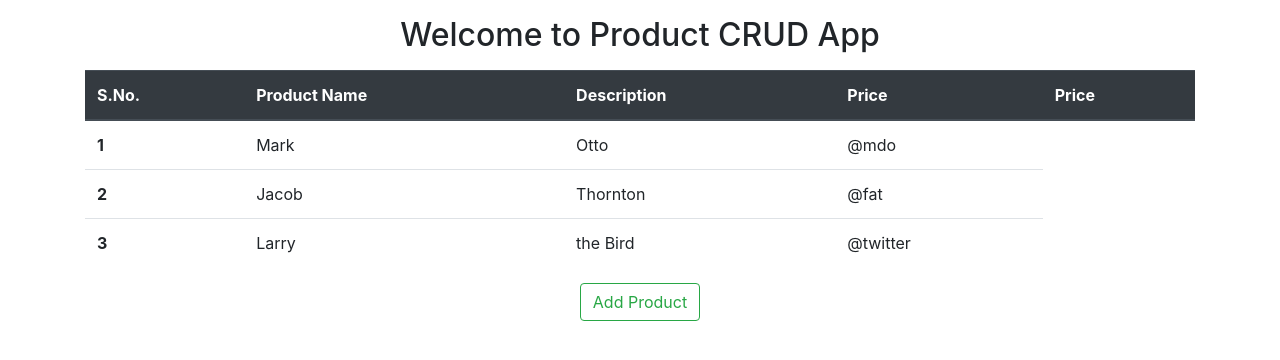
Repository: saroj789/Spring-Practice
Page: http://localhost/productcrudapp/WEB-INF/views/home.jsp
These files come from the project's save history. The page is drawn as it stood at one moment and after the next save; the edit follows.
The browser window is 1280 px wide. The pictures show the whole page.
The page is served by Tomcat 9. Nobody is signed in. Other server files are loaded and not shown. The template is opened directly, without the code that normally fills it, so the values that code supplies are empty.

Above is the page before, as saved 2023-07-23 08:39:18.

### productcrudapp/src/main/webapp/WEB-INF/views/home.jsp
<%@ page language="java" contentType="text/html; charset=UTF-8"
    pageEncoding="UTF-8"%>
<!DOCTYPE html>
<html>
<head>
<meta charset="UTF-8">
 <%@include file="./base.jsp" %>
</head>
<body>

	<div class="container mt-3">
		<div class="row">
			<div class="col-md-12">
				<h2 class="text-center mb-3">Welcome to Product CRUD App</h2>
				<table class="table">
				  <thead class="thead-dark">
				    <tr>
				      <th scope="col">S.No.</th>
				      <th scope="col">Product Name</th>
				      <th scope="col">Description</th>
				      <th scope="col">Price</th>
				      <th scope="col">Price</th>
				    </tr>
				  </thead>
				  <tbody>
				    <tr>
				      <th scope="row">1</th>
				      <td>Mark</td>
				      <td>Otto</td>
				      <td>@mdo</td>
				    </tr>
				    <tr>
				      <th scope="row">2</th>
				      <td>Jacob</td>
				      <td>Thornton</td>
				      <td>@fat</td>
				    </tr>
				    <tr>
				      <th scope="row">3</th>
				      <td>Larry</td>
				      <td>the Bird</td>
				      <td>@twitter</td>
				    </tr>
				  </tbody>
				</table>

				<div class="container text-center">
			      <a href="${pageContext.request.contextPath}/addproduct"
			      	  class="btn btn-outline-success">Add Product</a>
		     	 </div>
			</div>
		</div>
	</div>

</body>
</html>

### productcrudapp/src/main/webapp/WEB-INF/views/base.jsp
<%@ page language="java" contentType="text/html; charset=UTF-8"
    pageEncoding="UTF-8"%>
<%@ taglib prefix = "c" uri = "http://java.sun.com/jsp/jstl/core" %>
<%@page isELIgnored="false" %>

 	<meta charset="utf-8">
    <meta name="viewport" content="width=device-width, initial-scale=1, shrink-to-fit=no">

    <!-- Bootstrap CSS -->
    <link rel="stylesheet" href="https://cdn.jsdelivr.net/npm/bootstrap@4.3.1/dist/css/bootstrap.min.css" integrity="sha384-ggOyR0iXCbMQv3Xipma34MD+dH/1fQ784/j6cY/iJTQUOhcWr7x9JvoRxT2MZw1T" crossorigin="anonymous">

    <title> <c:out value="${title}">Product CRUD APP</c:out> </title>

    <!-- Optional JavaScript -->
    <!-- jQuery first, then Popper.js, then Bootstrap JS -->
    <script src="https://code.jquery.com/jquery-3.3.1.slim.min.js" integrity="sha384-q8i/X+965DzO0rT7abK41JStQIAqVgRVzpbzo5smXKp4YfRvH+8abtTE1Pi6jizo" crossorigin="anonymous"></script>
    <script src="https://cdn.jsdelivr.net/npm/popper.js@1.14.7/dist/umd/popper.min.js" integrity="sha384-UO2eT0CpHqdSJQ6hJty5KVphtPhzWj9WO1clHTMGa3JDZwrnQq4sF86dIHNDz0W1" crossorigin="anonymous"></script>
    <script src="https://cdn.jsdelivr.net/npm/bootstrap@4.3.1/dist/js/bootstrap.min.js" integrity="sha384-JjSmVgyd0p3pXB1rRibZUAYoIIy6OrQ6VrjIEaFf/nJGzIxFDsf4x0xIM+B07jRM" crossorigin="anonymous"></script>

After the next save:
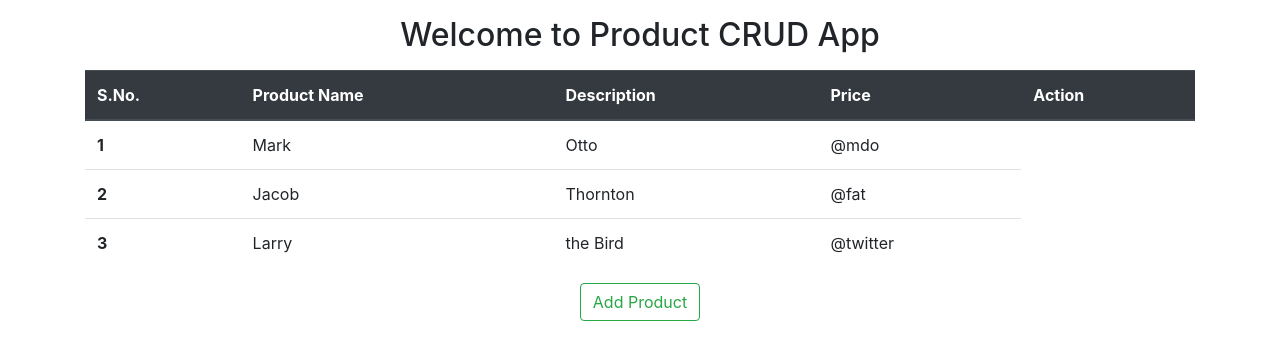
Saved 45 s later.
--- a/productcrudapp/src/main/webapp/WEB-INF/views/home.jsp
+++ b/productcrudapp/src/main/webapp/WEB-INF/views/home.jsp
@@ -19,7 +19,7 @@
 				      <th scope="col">Product Name</th>
 				      <th scope="col">Description</th>
 				      <th scope="col">Price</th>
-				      <th scope="col">Price</th>
+				      <th scope="col">Action</th>
 				    </tr>
 				  </thead>
 				  <tbody>
